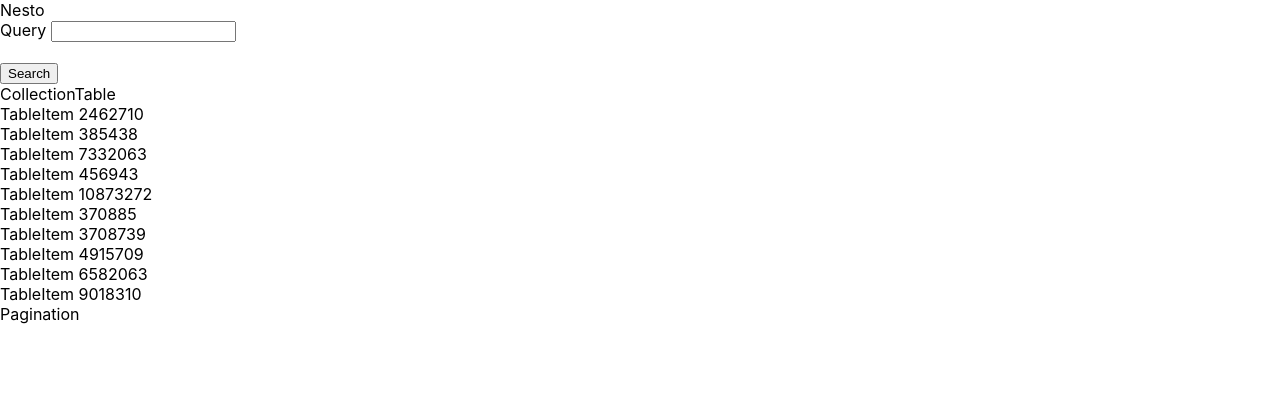
Repository: ivan-baljkas/pristupni_zadatak
Page: / (app in frontend/react-akademija-master/)
These files come from the project's save history. The page is drawn as it stood at one moment and after the next save; the edit follows.
The browser window is 1280 px wide. The pictures show the whole page.
The project was rebuilt for these pictures with package versions that can differ from the ones it lists, and the page was loaded fresh each time.

Above is the page before, as saved 2021-07-21 12:45:12.

After the next save:
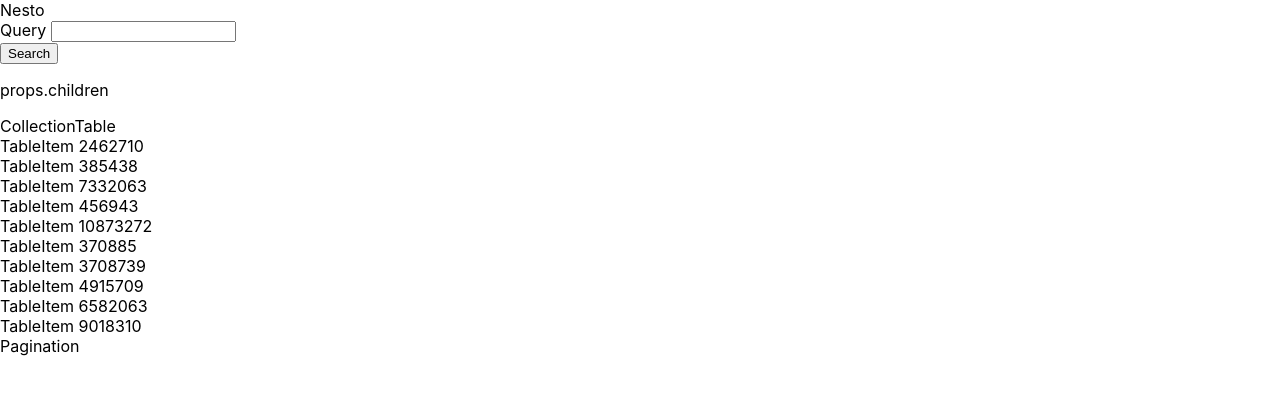
Saved 33 s later.
--- a/frontend/react-akademija-master/src/components/SearchForm.jsx
+++ b/frontend/react-akademija-master/src/components/SearchForm.jsx
@@ -9,8 +9,10 @@ export const SearchForm = (props) =>{
                 <input type="text" id="query"/>
             </div>
 
-            <br></br>
+
             <button type="button">Search</button>
+
+            <p>props.children</p>
         </div>
     );
 };
